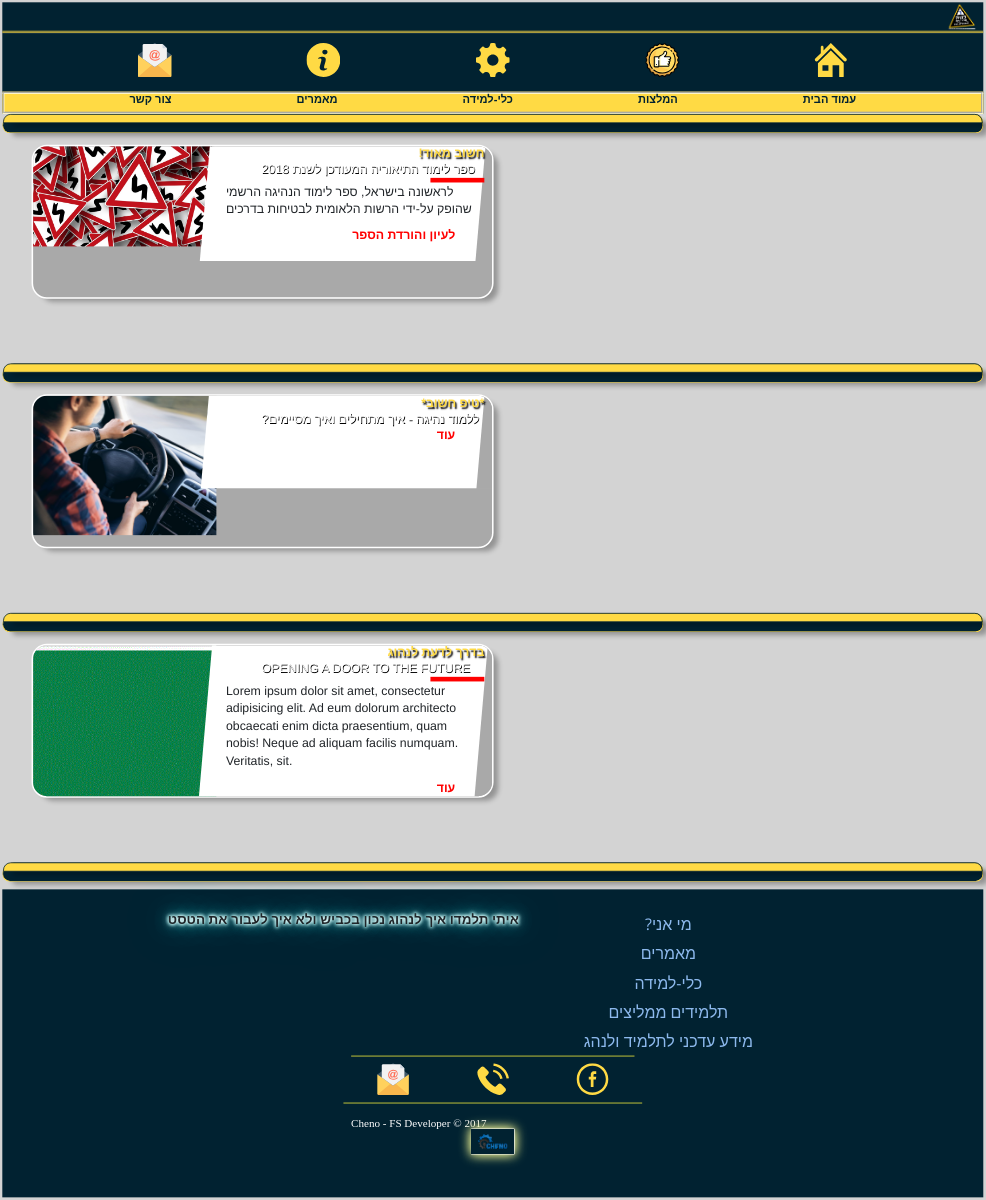
Repository: ChenGinsberg/BatyaLamed-site
Page: index.html
An editor plug-in stored every save of this project. The page is shown before and after the next save, followed by the edit.
The browser window is 1280 px wide. The pictures show the whole page, at 77% of full size.
Some web libraries are served in a nearby version.

Above is the page before, as saved 2017-11-28 10:26:52.

After the next save:
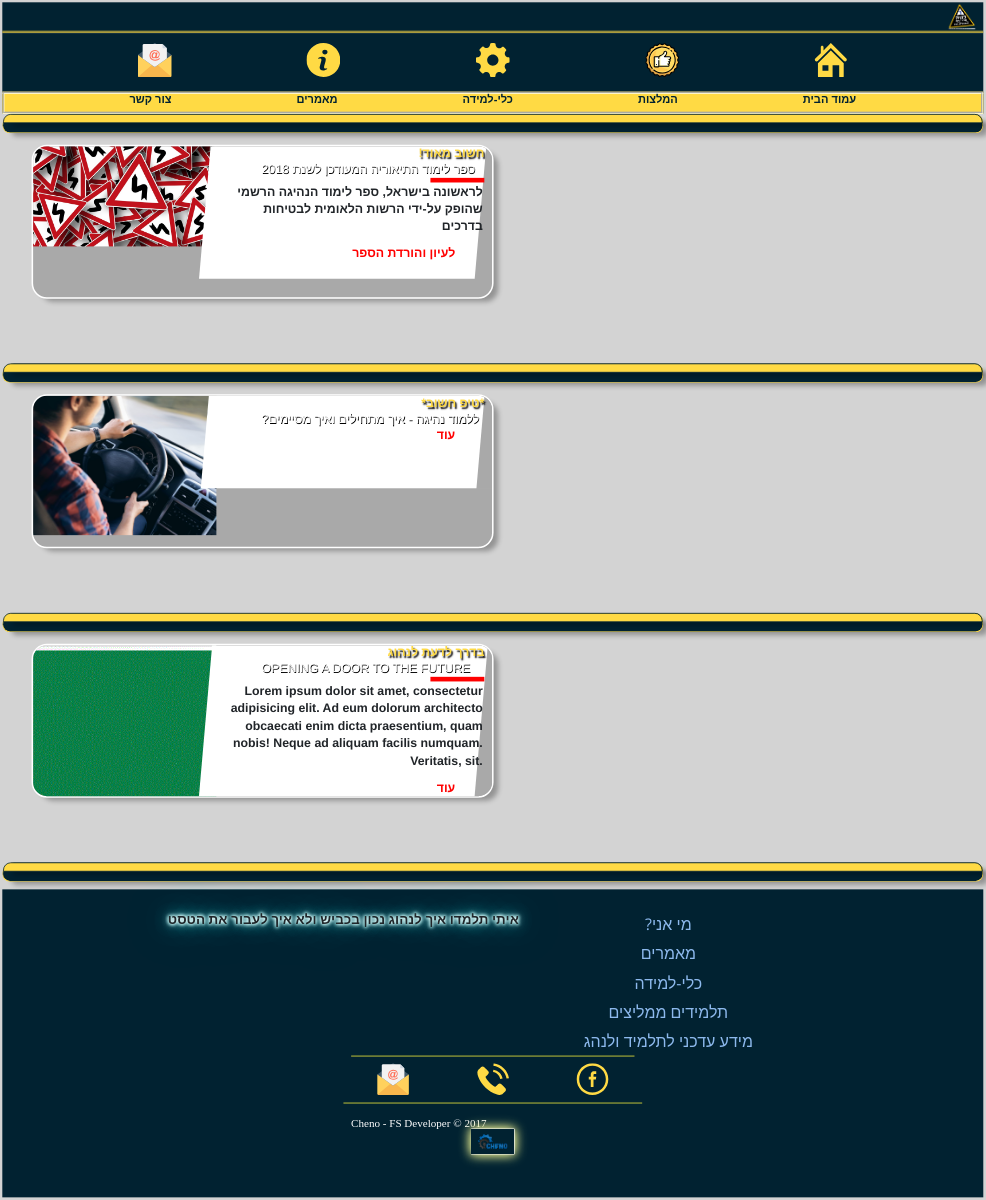
Saved 91 s later.
--- a/style/infoBox.css
+++ b/style/infoBox.css
@@ -154,6 +154,8 @@
     padding-top: 20px;
     line-height: 22.7px;
     font-family: "Open Sans Hebrew", "Helvetica Neue", Helvetica, Arial, sans-serif;
+    font-weight: bolder;
+    text-align: end;
 }
 
 .blog-card .description p:after {
